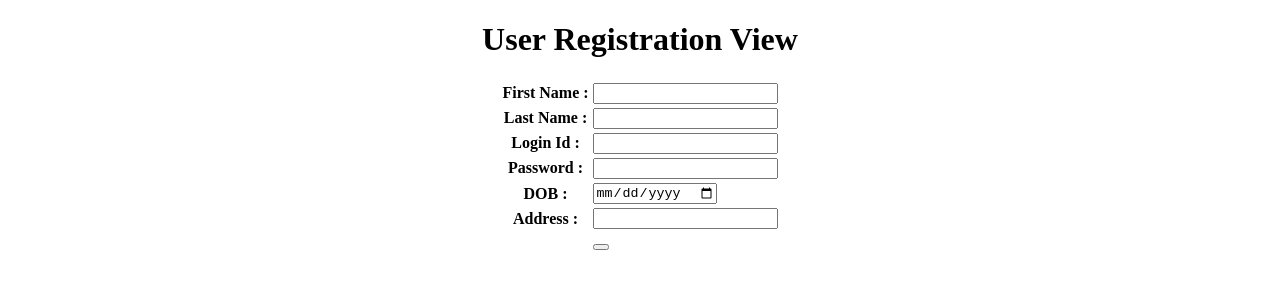
Repository: HimanshuJain1991/ProjectModuleUseCase
Page: http://localhost/Practice/UserRegistrationView.jsp
An editor plug-in stored every save of this project. The page is shown before and after the next save, followed by the edit.
The browser window is 1280 px wide. The pictures show the whole page.
The page is served by Tomcat 9.

Above is the page before, as saved 2024-02-27 11:12:24.

After the next save:
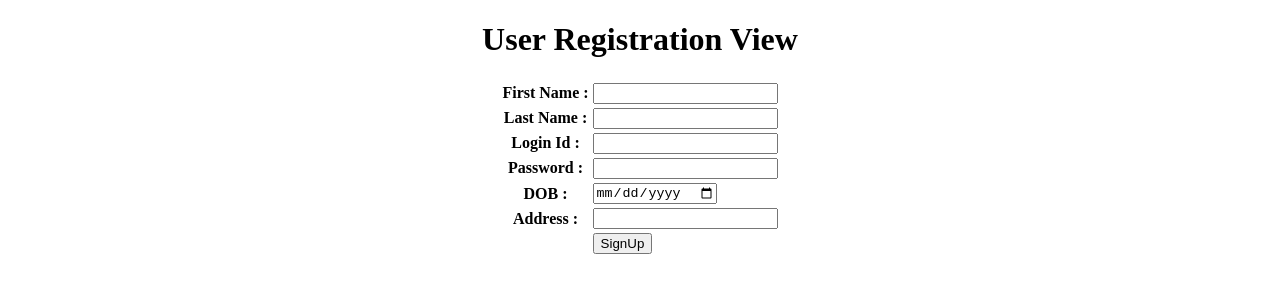
Saved 13 s later.
--- a/Practice/src/main/webapp/UserRegistrationView.jsp
+++ b/Practice/src/main/webapp/UserRegistrationView.jsp
@@ -47,7 +47,7 @@
 			</tr>
 			<tr>
 				<th></th>
-				<td><button type="submit" name="operation" ></button></td>
+				<td><button type="submit" name="operation" >SignUp</button></td>
 
 			</tr>
 
